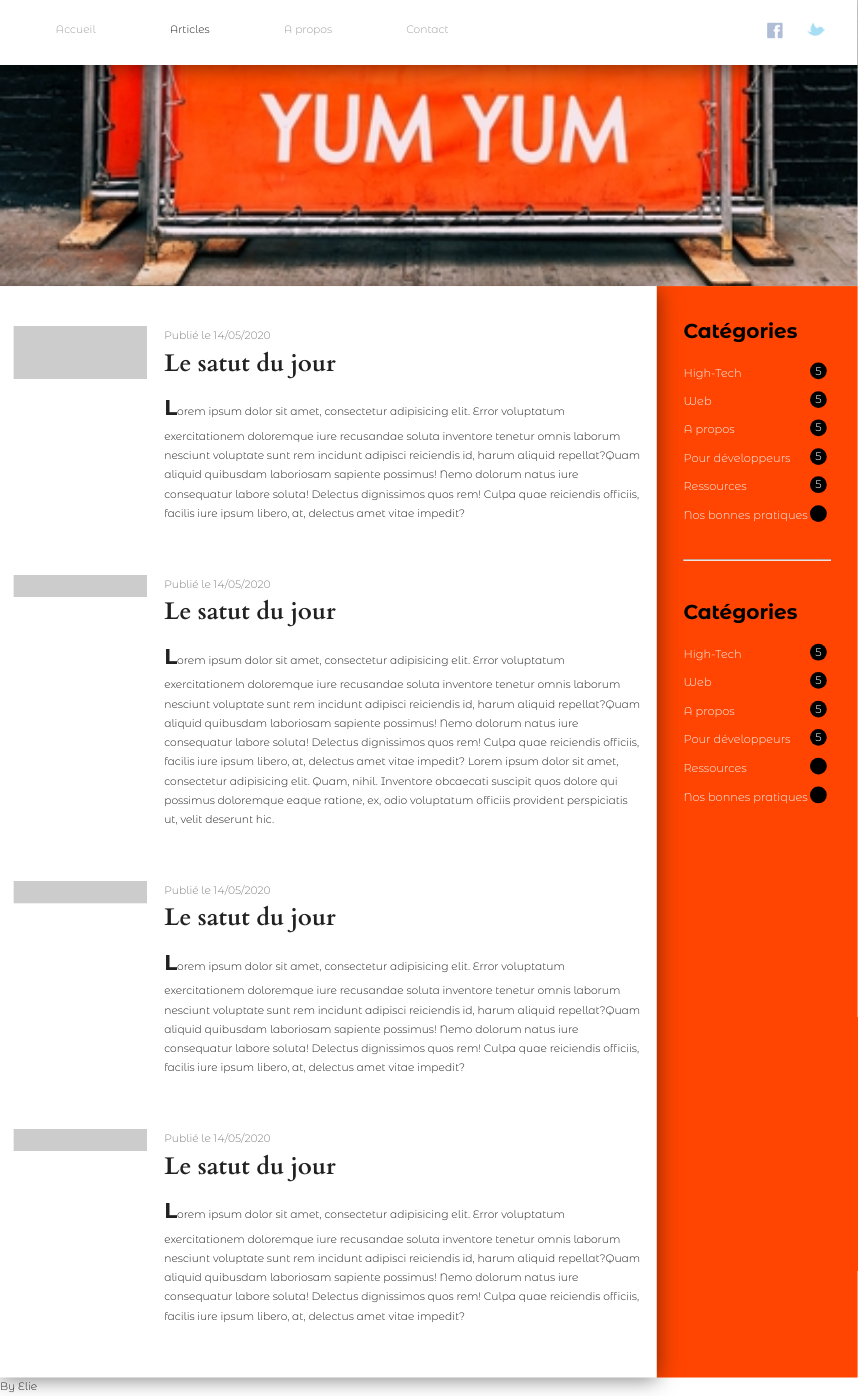
Repository: Elie-Dey/blog-train
Page: index.html
An editor plug-in stored every save of this project. The page is shown before and after a run of saves, followed by the edit.
The browser window is 1280 px wide. The pictures show the whole page, at 67% of full size.
The pointer rests on the first visible `.article-img`.

Above is the page before, as saved 2020-06-19 22:16:44.

After the next 2 saves:
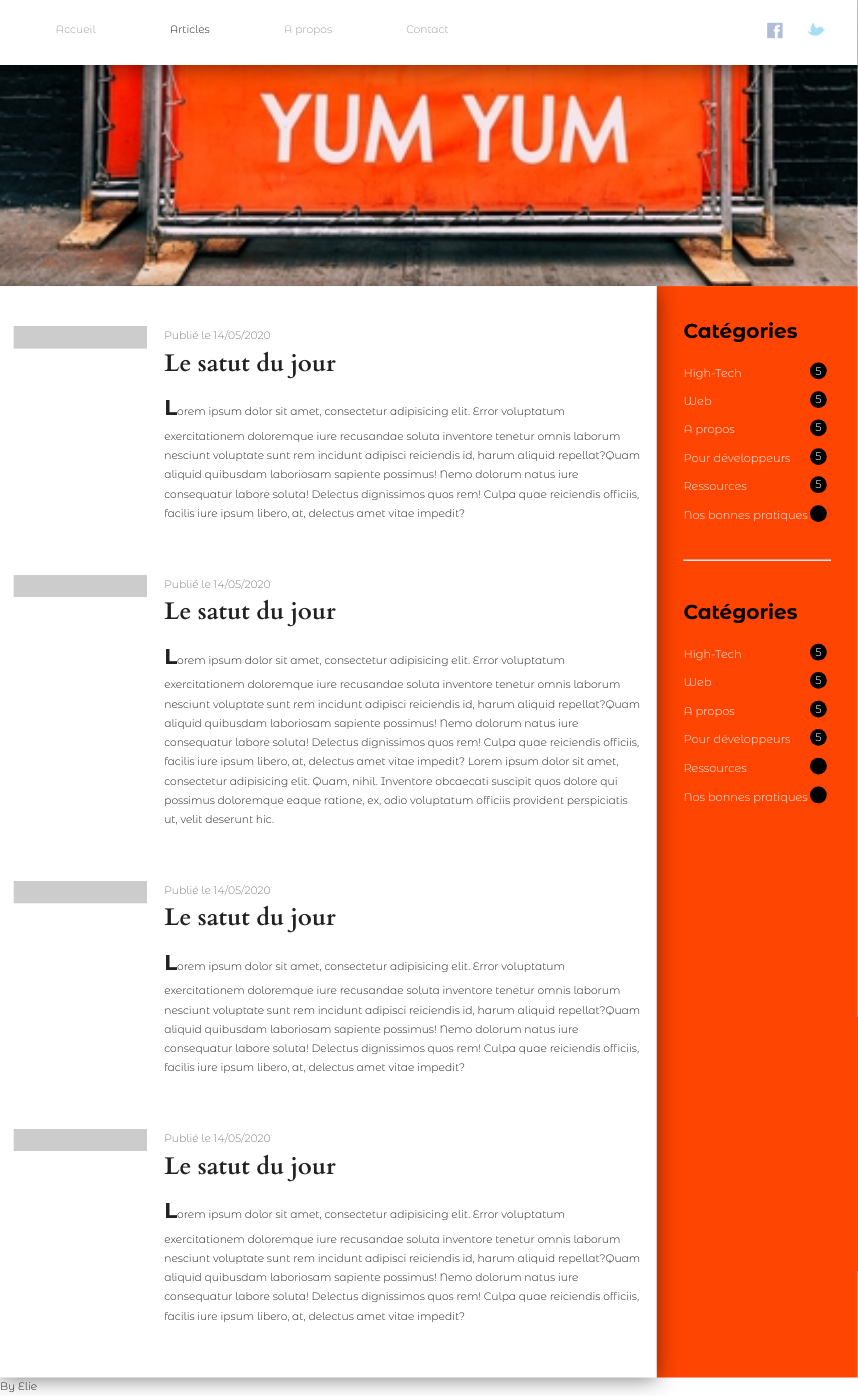
The 2 saves are shown as one change because they came seconds apart.
The last was saved 10 s later.
--- a/style.css
+++ b/style.css
@@ -220,8 +220,8 @@ body, html
 }
 .article-img:hover
 {
-    animation-play-state: paused;
-    /* transform: scale(1.1) rotate(5deg); */
+    /* animation-play-state: paused; */
+    transform: scale(1.1) rotate(5deg);
 }
 @keyframes slidedown
 {
